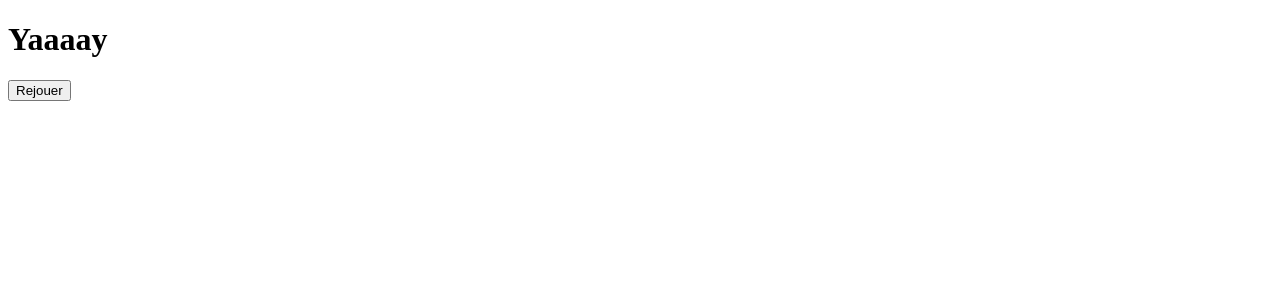
Repository: TheD3us/javaavance
Page: CrazyNumber/WebContent/HTML/Reussite.html
These files come from the project's save history. The page is drawn as it stood at one moment and after the next save; the edit follows.
The browser window is 1280 px wide. The pictures show the whole page.

Above is the page before, as saved 2022-05-03 08:30:32.

### CrazyNumber/WebContent/HTML/Reussite.html
<!DOCTYPE html>
<html>
<head>
<meta charset="ISO-8859-1">
<title>Insert title here</title>
</head>
<body>
<h1>Yaaaay</h1>
	<form action="/CrazyNumber/Formulaire" method="GET">
	<input type="submit" value="Rejouer">
	</form>
</body>
</html>

After the next save:
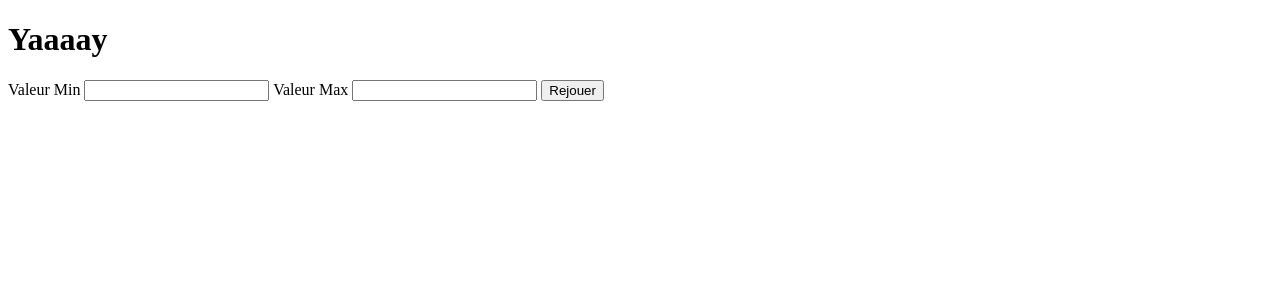
Saved 73 s later.
--- a/CrazyNumber/WebContent/HTML/Reussite.html
+++ b/CrazyNumber/WebContent/HTML/Reussite.html
@@ -7,6 +7,10 @@
 <body>
 <h1>Yaaaay</h1>
 	<form action="/CrazyNumber/Formulaire" method="GET">
+		<label>Valeur Min</label>
+	<input type="number" name="min">
+	<label>Valeur Max</label>
+	<input type="number" name="max">
 	<input type="submit" value="Rejouer">
 	</form>
 </body>
